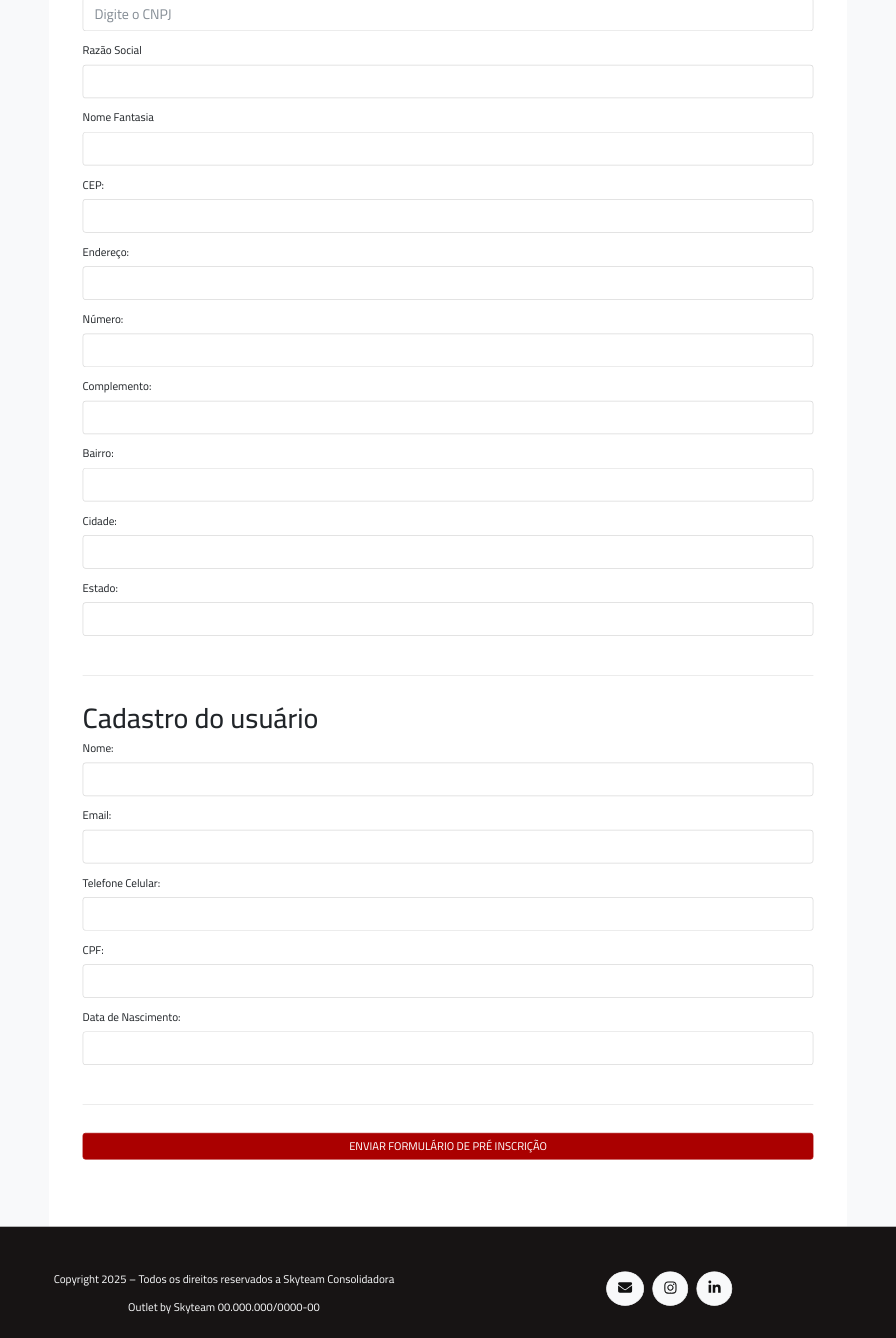
Repository: SkyTeam-Dev/Outlet_Site
Page: Site/Template_Page.html
The author's editor kept a copy of each file at every save. The page is drawn from the files as they stood at one save, then again after the next save.
The browser window is 1280 px wide. The pictures show the part of the page from y = 759 to 2679 px (the page is 2671 px tall before and 2679 px after), at 70% of full size.
Some web libraries are served in a nearby version.

Above is the page before, as saved 2025-03-25 19:16:02.

### Site/Template_Page.html
<!DOCTYPE html>
<html lang="pt-br">

<head>
    <title>:: Outlet by Skyteam ::</title>
    <!-- Define uma descrição otimizada para mecanismos de busca (Maximo 160 caracteres mas o recomendado é 50 caracteres) -->
    <meta name="description"
        content="CADASTRO SIMPLES, DESCONTOS E CASHBACK A viagem do seu cliente com as melhores condições Conectamos o agente a descontos imbatíveis Ofereça seus serviços a preços mais atrativos com a Outlet By Skyteam, uma plataforma para reservas de aéreo, hotelaria, seguro-viagem e locação nacional com descontos e cashback, projetada para qualquer agente de viagem" />
    <!-- Define palavras-chave (não tem mais impacto no Google, mas pode ajudar em outros mecanismos) -->
    <meta name="keywords" content="palavra-chave1, palavra-chave2, palavra-chave3">
    <meta charset="utf-8">
    <meta http-equiv="X-UA-Compatible" content="IE=edge">
    <link rel="canonical" href="https://outlet.tur.br/" />
    <link rel='shortlink' href='https://outlet.tur.br/' />

    <!-- Define a indexação pelos mecanismos de busca -->
    <meta name="robots" content="index, follow"> <!-- Para indexar e seguir links -->
    <meta name="googlebot" content="index, follow"> <!-- Específico para o Google -->
    <meta name="bingbot" content="index, follow"> <!-- Específico para o Bing -->

    <!-- GOOGLE JSON-LD para SEO -->
    <script type="application/ld+json">
        {
          "@context": "https://schema.org",
          "@type": "WebSite",
          "name": "Outlet by Skyteam",
          "url": "https://outlet.tur.br",
          "description": "CADASTRO SIMPLES, DESCONTOS E CASHBACK A viagem do seu cliente com as melhores condições Conectamos o agente a descontos imbatíveis Ofereça seus serviços a preços mais atrativos com a Outlet By Skyteam, uma plataforma para reservas de aéreo, hotelaria, seguro-viagem e locação nacional com descontos e cashback, projetada para qualquer agente de viagem.",
          "image": "https://outlet.tur.br/Templates/Default/Imagens/OG_Outlet_Base.jpg",
          "author": {
            "@type": "Person",
            "name": "Outlet"
          },
          "publisher": {
            "@type": "Organization",
            "name": "Outlet by Skyteam",
            "logo": {
              "@type": "ImageObject",
              "url": "https://outlet.tur.br/Templates/Default/Imagens/OG_Outlet_Base.jpg"
            }
          }
        }
        </script>
    <!-- GOOGLE JSON-LD para SEO -->

    <!-- Define o autor do conteúdo -->
    <meta name="author" content="Outlet by Skyteam">

    <!-- Controla como o Google exibe o snippet do site -->
    <meta name="google" content="nosnippet"> <!-- Impede snippets na SERP -->
    <meta name="google" content="max-snippet:-1, max-image-preview:large, max-video-preview:-1">
    <!-- Personaliza como o conteúdo é mostrado -->

    <!-- Diz ao Google para não traduzir a página automaticamente -->
    <meta name="google" content="notranslate">

    <!-- Define a geolocalização para buscas locais -->
    <meta name="DC.title" content="Outlet By SkyTeam" />
    <meta name="geo.region" content="BR-RS" />
    <meta name="geo.placename" content="Porto Alegre" />
    <meta name="geo.position" content="-30.030205;-51.229975" />
    <meta name="ICBM" content="-30.030205, -51.229975" />
    <!-- Criador do conteúdo -->
    <meta name="DC.creator" content="Outlet By SkyTeam">
    <!-- Assunto ou tema do conteúdo -->
    <meta name="DC.subject" content="CADASTRO SIMPLES, DESCONTOS E CASHBACK para qualquer agente de viagem"">
<!-- Descrição do conteúdo -->
<meta name=" DC.description"
        content="CADASTRO SIMPLES, DESCONTOS E CASHBACK A viagem do seu cliente com as melhores condições Conectamos o agente a descontos imbatíveis Ofereça seus serviços a preços mais atrativos com a Outlet By Skyteam, uma plataforma para reservas de aéreo, hotelaria, seguro-viagem e locação nacional com descontos e cashback, projetada para qualquer agente de viagem">

    <!-- Editora ou organização responsável -->
    <meta name="publisher" content="Outlet By SkyTeam">
    <!-- Identificador único (ex: URL, DOI) -->
    <meta name="identifier" content="https://outlet.tur.br">
    <!-- Idioma do conteúdo -->
    <meta name="language" content="pt-BR">

    <!-- Direitos autorais e licenciamento -->
    <meta name="rights" content="© 2025 Outlet By SkyTeam. Todos os direitos reservados.">


    <!-- Definição do protocolo Open Graph BASE -->
    <meta property="og:type" content="website">
    <!-- URL canônica da página -->
    <meta property="og:url" content="https://outlet.tur.br/">
    <!-- Título que aparecerá no compartilhamento -->
    <meta property="og:title" content="Outlet by Skyteam">
    <!-- Descrição curta e chamativa -->
    <meta property="og:description"
        content="CADASTRO SIMPLES, DESCONTOS E CASHBACK A viagem do seu cliente com as melhores condições Conectamos o agente a descontos imbatíveis Ofereça seus serviços a preços mais atrativos com a Outlet By Skyteam, uma plataforma para reservas de aéreo, hotelaria, seguro-viagem e locação nacional com descontos e cashback, projetada para qualquer agente de viagem">
    <!-- Imagem para exibição no compartilhamento -->
    <meta property="og:image" content="https://outlet.tur.br/Templates/Default/Imagens/OG_Outlet_Base.jpg">
    <!-- 1200x630 pixels é o tamanho recomendado pelo Facebook e outras redes sociais -->
    <meta property="og:image:alt" content="Logo da Outlet descrição">
    <!-- Especificações adicionais para a imagem -->
    <meta property="og:image:width" content="1200">
    <meta property="og:image:height" content="630">
    <!-- Nome do site (opcional, mas recomendado) -->
    <meta property="og:site_name" content="Outlet by Skyteam">
    <!-- Idioma da página -->
    <meta property="og:locale" content="pt_BR">
    <!-- Definição do protocolo Open Graph BASE -->

    <!-- Twitter Card -->
    <meta name="twitter:card" content="summary_large_image">
    <meta name="twitter:title" content="Outlet by Skyteam">
    <meta name="twitter:description"
        content="CADASTRO SIMPLES, DESCONTOS E CASHBACK A viagem do seu cliente com as melhores condições Conectamos o agente a descontos imbatíveis Ofereça seus serviços a preços mais atrativos com a Outlet By Skyteam, uma plataforma para reservas de aéreo, hotelaria, seguro-viagem e locação nacional com descontos e cashback, projetada para qualquer agente de viagem">
    <meta name="twitter:image" content="https://outlet.tur.br/Templates/Default/Imagens/OG_Outlet_Base.jpg">
    <!-- Twitter Card -->



    <meta name="viewport" content="width=device-width, initial-scale=1, shrink-to-fit=no">

    <link rel='preconnect' href='//fonts.googleapis.com' />
    <link rel="preconnect" href="//fonts.gstatic.com" crossorigin>
    <link rel='preconnect' href='//jsdelivr.net' />
    <link rel='preconnect' href='//cdn.jsdelivr.net' />
    <link rel='preconnect' href='//code.jquery.com' />



    <!-- CSS -->
    <link rel="stylesheet"
        href="https://cdn.jsdelivr.net/npm/@fortawesome/fontawesome-free@6.7.2/css/fontawesome.min.css">
    <link rel="stylesheet" href="Templates/Default/CSS/bootstrap.css">
    <link rel="stylesheet" href="Templates/Default/CSS/Site.css">

    <link rel="stylesheet" href="https://cdn.jsdelivr.net/npm/slick-carousel@1.8.1/slick/slick.css" />
    <link rel="stylesheet" href="https://cdn.jsdelivr.net/npm/slick-carousel@1.8.1/slick/slick-theme.css" />


    <!-- CSS -->

    <!-- Favicon -->


    <!-- Favicon e Theme Color-->
    <link rel="icon" type="image/png" href="Templates/Default/Imagens/Favicons/favicon-96x96.png" sizes="96x96" />
    <link rel="icon" type="image/svg+xml" href="Templates/Default/Imagens/Favicons/favicon.svg" />
    <link rel="shortcut icon" href="Templates/Default/Imagens/Favicons/favicon.ico" />
    <link rel="icon" href="Templates/Default/Imagens/Favicons/favicon.ico" type="image/x-icon">
    <link rel="apple-touch-icon" sizes="180x180" href="Templates/Default/Imagens/Favicons/apple-touch-icon.png" />
    <link rel="manifest" href="Templates/Default/Imagens/Favicons/site.webmanifest" />
    <link rel="apple-touch-icon" href="Templates/Default/Imagens/Favicons/favicon-96x96.png">
    <meta name="msapplication-TileImage" content="Templates/Default/Imagens/Favicons/favicon-96x96.png">
    <meta name="theme-color" content="#aa0000">
    <meta name="apple-mobile-web-app-capable" content="yes">
    <meta name="apple-mobile-web-app-status-bar-style" content="black-translucent">
    <meta name="msapplication-TileColor" content="#aa0000">
    <!-- Favicon -->


    <!-- Rastreamento e Comunicação -->

    <!-- Rastreamento e Comunicação -->


    <script src="https://www.google.com/recaptcha/api.js"></script>
    <script>
        function onSubmit(token) {
          document.getElementById("Cadastro-Outlet").submit();
        }
      </script>

</head>

<body>

    <div class="container-fluid" id="LoadingPage">
        <div class="row justify-content-center align-items-center text-center">

            <div class="mt-5 col-sm-12 justify-content-center align-items-center text-center">
                <img src="Templates/Default/Imagens/LOGO2.png" class='img-fluid ml-3' alt="Logo" style="height: 60px;">
            </div>
            <div class="col-sm-2 mt-1 justify-content-center align-items-center text-center">
                <div class="LoadingPage mt-5 mb-5"></div>
            </div>

        </div>
    </div>

    <div class="bg-light p-0" id="Site">



        <section id="Cabecalho-Superior" class="p-5 bg-primary">
            <div class="container-fluid justify-content-center align-items-center">
                <!-- =========================== CABEÇALHO (NAVBAR) ============================ -->

                <nav class="navbar navbar-expand-lg navbar-dark">
                    <div class="container-fluid">
                        <!-- Logo / Marca -->
                        <a class="navbar-brand" href="#">
                            <!-- Pode inserir um logo ou texto -->
                            <img src="Templates/Default/Imagens/LOGO1.png" class='img-fluid ml-3' alt="Logo"
                                style="height: 60px;">
                            <!-- Ou usar apenas texto:
                          <span>Outlet</span>
                          -->
                        </a>
                    </div>
                    <!-- Botão para exibir/ocultar menu no mobile -->
                    <button class="text-center btn btn-block navbar-toggler bg-primary text-white collapsed"
                        type="button" data-toggle="collapse" data-target="#navbarNav" aria-controls="navbarNav"
                        aria-expanded="false" aria-label="Toggle navigation">
                        <span class="navbar-toggler-icon"></span>
                    </button>

                    <!-- Itens de navegação -->
                    <div class="text-center justify-content-end align-items-center collapse navbar-collapse"
                        id="navbarNav">
                        <ul class="navbar-nav ">
                            <!-- Ajuste as rotas conforme necessidade -->
                            <li class="nav-item btn font-weight-bold">
                                <a class="nav-link text-white" href="#">Home</a>
                            </li>
                            <li class="nav-item btn font-weight-bold">
                                <a class="nav-link text-white" href="#">Cadastro</a>
                            </li>
                            <li class="nav-item btn font-weight-bold">
                                <a class="nav-link text-white" href="#">Dúvidas</a>
                            </li>
                            <li class="nav-item btn btn-primary text-white font-weight-bold">
                                <a class="nav-link text-white" href="#">Portal Outlet</a>
                            </li>
                        </ul>
                    </div>
                </nav>

                <div class="col-lg-6 col-sm-12 ml-3 mt-5 mb-5">
                    <h1 class="text-white">CADASTRO <span class="font-weight-bold">SIMPLES</span></h1>
                    <h1 class="text-white">E RÁPIDO</h1>
                    <p class="text-white">Preencha o formulário abaixo e aguarde nosso email com
                        o seu login e senha para o Portal Outlet</p>
                </div>

            </div>


        </section>

        <div class="container">

            <div class="row bg-white shadow-lg pb-5 justify-content-center align-items-center">
                <div class="col-sm-12 p-5">
                    <div class="row justify-content-center">

                        <div class="col-xl-12 col-lg-12 col-md-12 col-sm-12 mt-5">
                            <ul class="list-unstyled">
                                <li>Sem consulta, sem buracracia, preencha seus dados ou de sua empresa e pronto!</li>
                                <li>Comece a vender com a Outlet Consolidadora</li>
                                <li>*Para Pessoa Fisica, preencha seus dados pessoais e bancários para formalizar o
                                    cadastro.</li>
                            </ul>
                        </div>

                        <div class="col-xl-12 col-lg-12 col-md-12 col-sm-12 mt-5">

                            <form action="#" class="" name="Cadastro-Outlet" id="Cadastro-Outlet">
                                <div class="form-group">
                                    <h1>Cadastro de Empresa</h1>
                                </div>
                                <div class="form-group">
                                    <label for="CNPJ_Busca">CNPJ</label>
                                    <input type="text" class="form-control form-control-lg" id="CNPJ_Busca"
                                        placeholder="Digite o CNPJ">
                                </div>

                                <!-- Dados retornados da API -->
                                <div class="form-group">
                                    <label>Razão Social</label>
                                    <input type="text" class="form-control form-control-lg" id="razaoSocial">
                                </div>
                                <div class="form-group">
                                    <label>Nome Fantasia</label>
                                    <input type="text" class="form-control form-control-lg" id="nomeFantasia">
                                    <input type="hidden" class="form-control form-control-lg" id="situacao">
                                    <input type="hidden" class="form-control form-control-lg" id="simples">
                                    <input type="hidden" class="form-control form-control-lg" id="mei">
                                    <input type="hidden" class="form-control form-control-lg" id="atividadePrincipal">
                                    <input type="hidden" class="form-control form-control-lg"
                                        id="atividadesSecundarias">
                                    <input type="hidden" class="form-control form-control-lg" id="socios">
                                </div>

                                <div class="form-group">
                                    <label>CEP:</label>
                                    <input type="text" name="cep" class="form-control form-control-lg" type="text"
                                        id="cep" value="" size="10" maxlength="9" onblur="pesquisacep(this.value);" />
                                </div>
                                <div class="form-group">
                                    <label>Endereço:</label>
                                    <input type="text" name="rua" class="form-control form-control-lg" type="text"
                                        id="rua" size="60" />
                                </div>

                                <div class="form-group">
                                    <label>Número:</label>
                                    <input type="text" name="Numero" class="form-control form-control-lg" type="text"
                                        size="60" />
                                </div>
                                <div class="form-group">
                                    <label>Complemento:</label>
                                    <input type="text" name="Complemento" class="form-control form-control-lg" type="text"
                                         />
                                </div>
                                <div class="form-group">
                                    <label>Bairro:</label>
                                    <input type="text" name="bairro" class="form-control form-control-lg" type="text"
                                        id="bairro" size="40" />
                                </div>
                                <div class="form-group">
                                    <label>Cidade:</label>
                                    <input type="text" name="cidade" class="form-control form-control-lg" type="text"
                                        id="cidade" size="40" />
                                </div>
                                <div class="form-group">
                                    <label>Estado:</label>
                                    <input type="text" name="uf" class="form-control form-control-lg" type="text"
                                        id="uf" size="2" />
                                </div>
                                <div class="form-group">

                                    <input type="hidden" name="ibge" class="form-control form-control-lg" type="text"
                                        id="ibge" size="8" />
                                </div>
                                <br/>
                                <hr />
                                <br/>
                                <h1>Cadastro do usuário</h1>

                                <div class="form-group">
                                    <label>Nome:</label>
                                    <input type="text" name="Nome_User" class="form-control form-control-lg" type="text"
                                        size="60" />
                                </div>

                                <div class="form-group">
                                    <label>Email:</label>
                                    <input type="text" name="Email_User" class="form-control form-control-lg" type="text"
                                        size="60" />
                                </div>

                                <div class="form-group">
                                    <label>Telefone Celular:</label>
                                    <input type="text" name="Celular_User" class="form-control form-control-lg" type="text"
                                        size="60" />
                                </div>

                                <div class="form-group">
                                    <label>CPF:</label>
                                    <input type="text" name="CPF_User" class="form-control form-control-lg" type="text"
                                        size="60" />
                                </div>

                                <div class="form-group">
                                    <label>Data de Nascimento:</label>
                                    <input type="text" name="Nascimento_User" class="form-control form-control-lg" type="text"
                                        size="60" />
                                </div>

                                <br/>
                                <hr />
                                <br/>
                                <button type="submit" class="g-recaptcha btn btn-primary btn-block" data-sitekey="6LcXBgArAAAAAH4WaTC60x-VCbYBNvo1WR384_5S" data-callback='onSubmit' data-action='submit'>
                                    ENVIAR FORMULÁRIO DE PRÉ INSCRIÇÃO
                                </button>




                                </form>

                        </div>

                    </div>

                </div>

            </div>

        </div>

        <!-- Rodapé -->
        <footer class="bg-gray-site text-light py-3">
            <div class="container-fluid">
                <div class="row">
                    <!-- Coluna com o copyright -->
                    <div class="col-md-6 col-sm-12 mt-5 text-center">
                        <p>Copyright 2025 – Todos os direitos reservados a Skyteam Consolidadora</p>
                        <p>Outlet by Skyteam 00.000.000/0000-00</p>
                    </div>

                    <!-- Coluna com ícones de redes sociais -->
                    <div class="col-md-6 col-sm-12 text-center mt-5">

                        <a href="#" class="mr-2 btn btn-lg btn-light rounded-circle shadow-sm">
                            <i class="fa-solid fa-envelope mt-1"></i>
                        </a>

                        <a href="#" class="mr-2 btn btn-lg btn-light rounded-circle shadow-sm">
                            <i class="fa-brands fa-instagram mt-1"></i>
                        </a>

                        <a href="#" class="mr-2 btn btn-lg btn-light rounded-circle shadow-sm">
                            <i class="fa-brands fa-linkedin-in mt-1"></i>
                        </a>


                    </div>
                </div>
            </div>
        </footer>

    </div>
    </>

    <!-- Scripts Base -->
    <script src="https://cdn.jsdelivr.net/npm/jquery@3.6.0/dist/jquery.min.js"></script>
    <script src="https://cdn.jsdelivr.net/npm/popper.js@1.12.9/dist/umd/popper.min.js"
        integrity="sha384-ApNbgh9B+Y1QKtv3Rn7W3mgPxhU9K/ScQsAP7hUibX39j7fakFPskvXusvfa0b4Q"
        crossorigin="anonymous"></script>
    <script src="https://cdn.jsdelivr.net/npm/bootstrap@4.0.0/dist/js/bootstrap.min.js"
        integrity="sha384-JZR6Spejh4U02d8jOt6vLEHfe/JQGiRRSQQxSfFWpi1MquVdAyjUar5+76PVCmYl"
        crossorigin="anonymous"></script>
    <script src="https://cdn.jsdelivr.net/npm/@fortawesome/fontawesome-free@6.7.2/js/all.min.js"></script>
    <script src="https://cdn.jsdelivr.net/npm/jquery-match-height@0.7.2/dist/jquery.matchHeight.min.js"></script>
    <script src="https://cdn.jsdelivr.net/npm/slick-carousel@1.8.1/slick/slick.min.js"></script>

    <script src="Templates/Default/JS/Site.js"></script>



    <!-- Rastreamento e Comunicação -->

    <!-- Rastreamento e Comunicação -->

</body>

</html>

Loaded but not shown: Site/Templates/Default/CSS/bootstrap.css (library); Site/Templates/Default/JS/Site.js (367 lines, source omitted); Site/Templates/Default/CSS/Site.css (284 lines, source omitted); Site/Templates/Default/WebFonts/WebFont.css (103 lines, source omitted); Site/Templates/Default/CSS/Responsive.css (95 lines, source omitted)

After the next save:
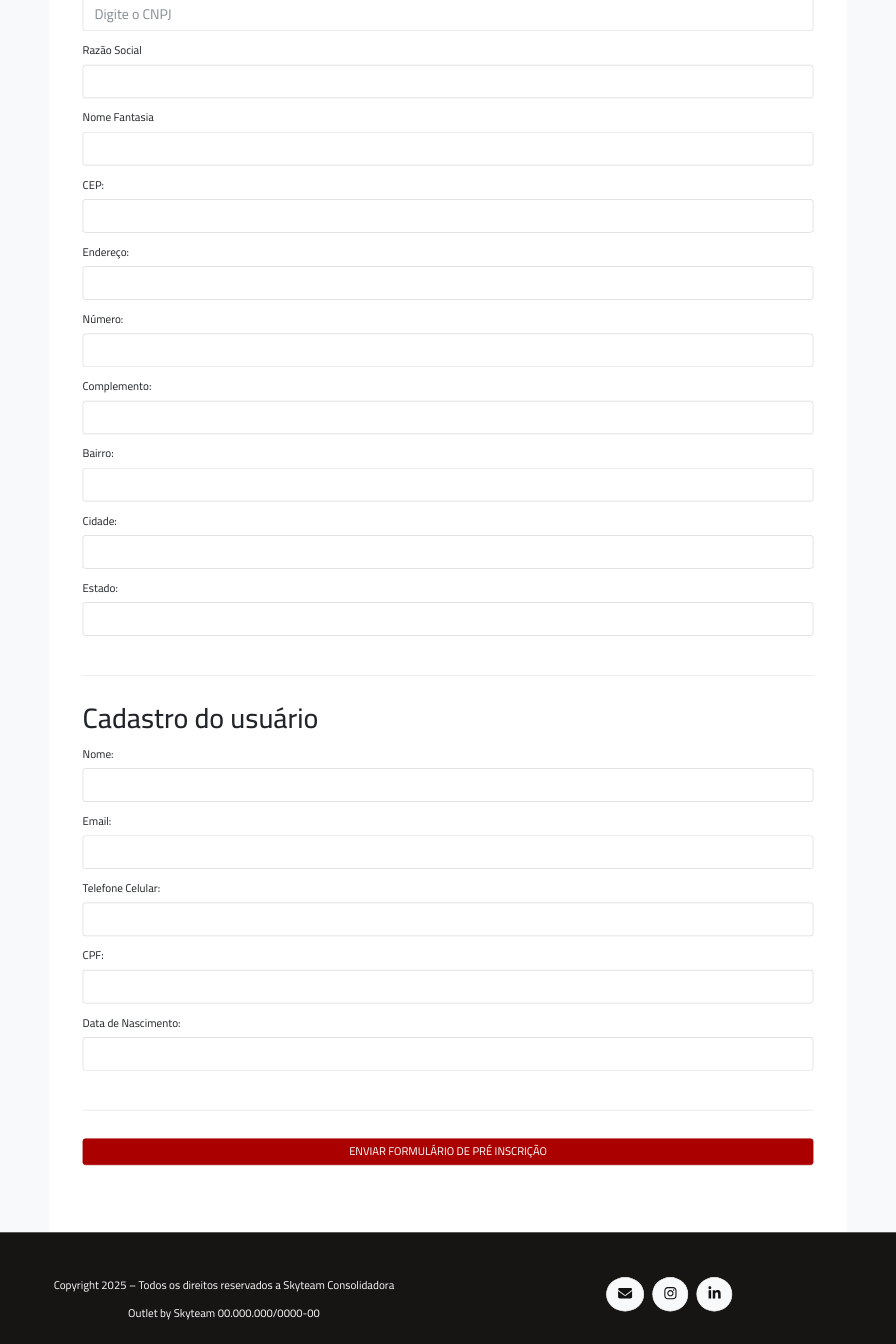
Saved 100 s later.
--- a/Site/Template_Page.html
+++ b/Site/Template_Page.html
@@ -329,7 +329,7 @@
                                 <br/>
                                 <hr />
                                 <br/>
-                                <h1>Cadastro do usuário</h1>
+                                <h1 class="mb-3">Cadastro do usuário</h1>
 
                                 <div class="form-group">
                                     <label>Nome:</label>
